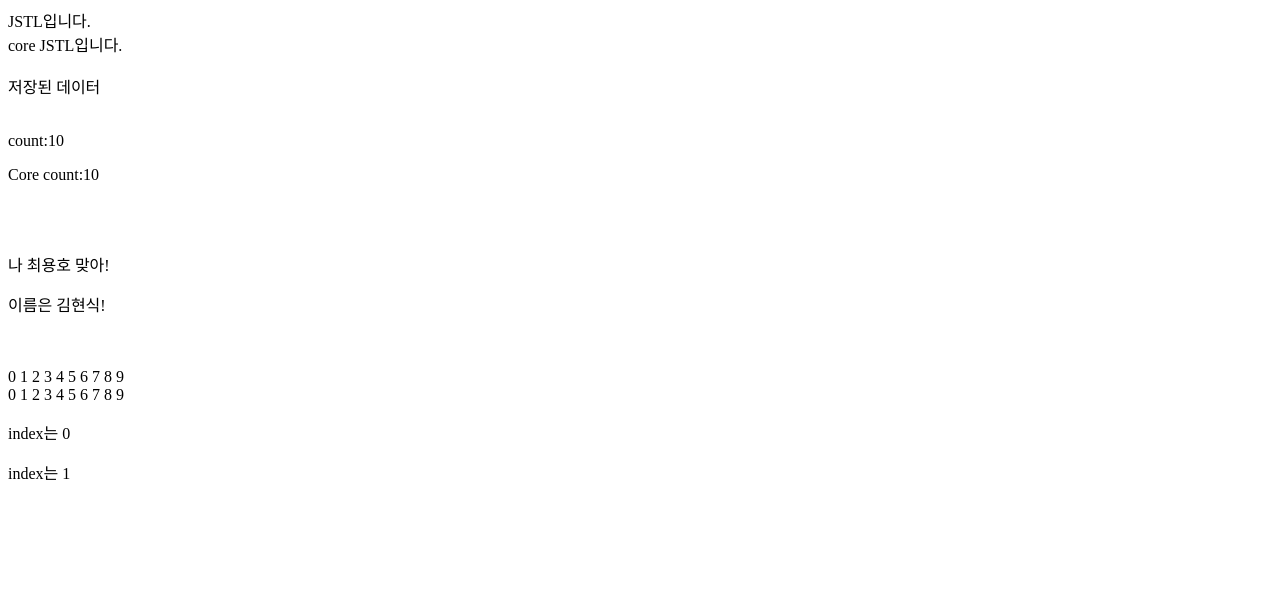
Repository: Choi-yongho72/bitcamp_jsp
Page: http://localhost/CoreTag/
These files come from the project's save history. The page is drawn as it stood at one moment and after a run of saves; the edit follows.
The browser window is 1280 px wide. The pictures show the whole page.
The page is served by Tomcat 9.

Above is the page before, as saved 2020-01-23 03:39:46.

### CoreTag/WebContent/index.jsp
<%@page import="java.util.ArrayList"%>
<%@page import="dto.MemberDto"%>
<%@page import="java.util.List"%>
<%@ page language="java" contentType="text/html; charset=UTF-8"
    pageEncoding="UTF-8"%>
<%@ taglib prefix="c"   uri="http://java.sun.com/jsp/jstl/core" %>
<!DOCTYPE html>
<html>
<head>
<meta charset="UTF-8">
<title>Insert title here</title>
</head>
<body>

<%--
	EL:표현식(값, 판별)
	Core: 제어문 (for, if) -> EL tag와 같이 사용한다.
--%>

<%
request.setAttribute("data", "JSTL입니다.");
%>

${ data }
<br>

<%--	<c:set var="cdata" value="core JSTL입니다."></c:set>
		이거랑 동일 코드
String cdata = "core JSTL입니다.";
--%>
<!-- set -->
<c:set var="cdata" value="core JSTL입니다."></c:set>
${ cdata }
<br><br>

<!-- out(내장객체) -->
<%--
out.println(cdata);
--%>
<%
session.setAttribute("sessionData", "저장된 데이터");
%>
<c:set var="sdate" value="${ sessionData }"></c:set>
<c:out value="${ sdate }"/>

<br><br>

<!-- if -->
<%
request.setAttribute("count", "10");
%>
<%
String sCount = (String)request.getAttribute("count");
int count = Integer.parseInt(sCount);
if(count >= 10) {
	%>
	<p>count:<%=count %></p>
	<%
}
%>

<c:if test="${ count >= 10 }">
	<p>Core count:<c:out value="${ count }"/></p>
</c:if>

<br><br>

<%
request.setAttribute("name", "최용호");
%>

<c:if test="${ name eq '최용호' }">
	<p>나 최용호 맞아!</p>
</c:if>

<%
request.setAttribute("name", "김현식");
%>

<c:if test="${ name == '김현식' }" var="flg"/>

<c:if test="${ flg }">
	<p>이름은 김현식!</p>
</c:if>

<br><br>

<!-- for -->
<%
for(int i = 0; i < 10; i++) {
	%>
	<%=i %>
	<%
}
%>

<br>

<c:forEach begin="0" end="9" step="1" varStatus="i">
	<c:out value="${ i.index }"></c:out>

</c:forEach>

<%
List<MemberDto> list = new ArrayList<MemberDto>();

MemberDto mem = new MemberDto();
mem.setMessage("안녕");
list.add(mem);

mem = new MemberDto();
mem.setMessage("진짜?");
list.add(mem);

request.setAttribute("list", list);
%>

<%--
for(int i = 0; i < list.size(); i++) {
	MemberDto m = list.get(i);
}
for(MemberDto m : list) {

}
--%>

<c:forEach begin="0" end="2" var="m" items="${ list }" varStatus="i">
<p>index는 <c:out value="${ i.index }"/></p>
</c:forEach>






</body>
</html>

### CoreTag/src/dto/MemberDto.java
package dto;

import java.io.Serializable;

public class MemberDto implements Serializable{
	private String message;

	public MemberDto() {
	}

	public String getMessage() {
		return message;
	}

	public void setMessage(String message) {
		this.message = message;
	}
}

After the next 3 saves:
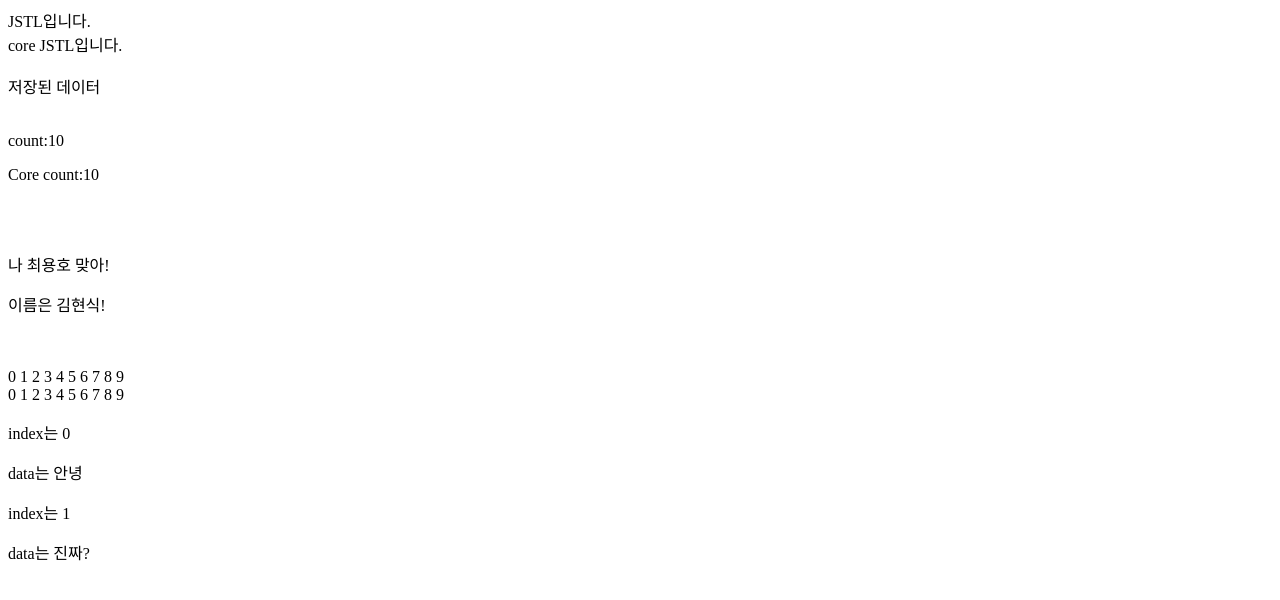
The 3 saves are shown as one change because 2 did not build or start.
The last was saved 30 s later.
--- a/CoreTag/WebContent/index.jsp
+++ b/CoreTag/WebContent/index.jsp
@@ -126,6 +126,7 @@
 
 <c:forEach begin="0" end="2" var="m" items="${ list }" varStatus="i">
 <p>index는 <c:out value="${ i.index }"/></p>
+<p>data는 <c:out value="${ m.message }"/>
 </c:forEach>
 
 
